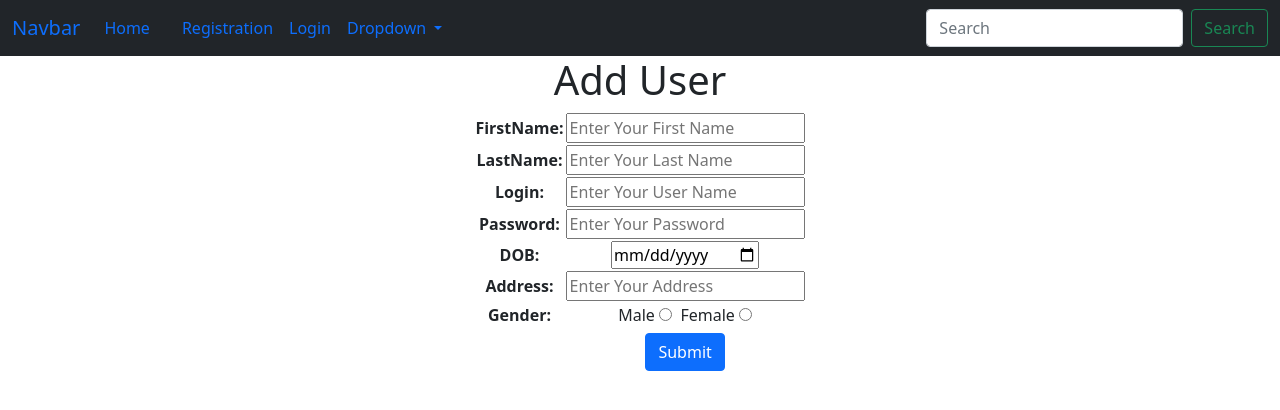
Repository: NitSharma87/Advance-Java
Page: http://localhost/Servlet_Excercise/AddUser.jsp
The author's editor kept a copy of each file at every save. The page is drawn from the files as they stood at one save, then again after the next save.
The browser window is 1280 px wide. The pictures show the whole page.
The page is served by Tomcat 10. Other server files are loaded and not shown.

Above is the page before, as saved 2026-07-07 10:53:04.

### Servlet Excercise/src/main/webapp/AddUser.jsp
<%@ page language="java" contentType="text/html; charset=UTF-8"
	pageEncoding="UTF-8"%>
<!DOCTYPE html>
<html>
<head>
<meta charset="UTF-8">
<title>Add User</title>
<style>
.center {
	text-align: center;
}

table {
	margin: auto;
}
</style>
</head>
<body>
	<%@include file="Header.jsp"%>
	<div class="center">
		<h1>Add User</h1>
		<form action="UserServlet" method="post">
			<table class="center">


				<tr>
					<th>FirstName:</th>
					<td><input type="text" name="firstName"
						placeholder="Enter Your First Name"></td>
				</tr>
				<tr>
					<th>LastName:</th>
					<td><input type="text" name="lastName"
						placeholder="Enter Your Last Name"></td>
				</tr>
				<tr>
					<th>Login:</th>
					<td><input type="text" name="userName"
						placeholder="Enter Your User Name"></td>
				</tr>
				<tr>
					<th>Password:</th>
					<td><input type="password" name="password"
						placeholder="Enter Your Password"></td>
				</tr>
				<tr>
					<th>DOB:</th>
					<td><input type="Date" name="dob" placeholder="Enter Your DOB"></td>
				</tr>
				<tr>
					<th>Address:</th>
					<td><input type="text" name="address"
						placeholder="Enter Your Address"></td>
				</tr>
				<tr>
					<th>Gender:</th>
					<td>Male <input type="radio" name="gender" value="male">&nbsp;
						Female <input type="radio" name="gender" value="female"></td>
				</tr>

				<tr>
					<th></th>
					<td>
						<button type="submit" class="btn btn-primary mt-1">
							Submit</button>
					</td>
				</tr>


			</table>
		</form>
	</div>
</body>
</html>

### Servlet Excercise/src/main/webapp/Header.jsp
<%@ page language="java" contentType="text/html; charset=UTF-8"
	pageEncoding="UTF-8"%>
<!DOCTYPE html>
<html>
<head>
<meta charset="UTF-8">

<title>Insert title here</title>
<link
	href="https://cdn.jsdelivr.net/npm/bootstrap@5.0.2/dist/css/bootstrap.min.css"
	rel="stylesheet">
</head>
<body>
<nav class="navbar navbar-expand-lg navbar-white bg-dark">
  <div class="container-fluid">
    <a class="navbar-brand" href="#">Navbar</a>
    <button class="navbar-toggler" type="button" data-bs-toggle="collapse" data-bs-target="#navbarSupportedContent" aria-controls="navbarSupportedContent" aria-expanded="false" aria-label="Toggle navigation">
      <span class="navbar-toggler-icon"> </span>
    </button>
    <div class="collapse navbar-collapse" id="navbarSupportedContent">
      <ul class="navbar-nav me-auto mb-2 mb-lg-0">
        <li class="nav-item">
          <a class="nav-link active" aria-current="page" href="#">Home</a>
        </li>
        <li class="nav-item">
          <a class="nav-link" href="#"></a>
        </li>
        <li class="nav-item">
          <a class="nav-link" href="#">Registration</a>
        </li>
        <li class="nav-item">
          <a class="nav-link" href="#">Login</a>
        </li>
        <li class="nav-item dropdown">
          <a class="nav-link dropdown-toggle" href="#" id="navbarDropdown" role="button" data-bs-toggle="dropdown" aria-expanded="false">
            Dropdown
          </a>
          <ul class="dropdown-menu" aria-labelledby="navbarDropdown">
            <li><a class="dropdown-item" href="#">User View</a></li>
            <li><a class="dropdown-item" href="#">User List</a></li>
            <li><a class="dropdown-item" href="#">User Registration</a></li>
            <li><hr class="dropdown-divider"></li>
            <li><a class="dropdown-item" href="#">Login</a></li>
          </ul>
        </li>

      </ul>
      <form class="d-flex">
        <input class="form-control me-2" type="search" placeholder="Search" aria-label="Search">
        <button class="btn btn-outline-success" type="submit">Search</button>
      </form>
    </div>
  </div>
</nav>




<script src="https://cdn.jsdelivr.net/npm/bootstrap@5.0.2/dist/js/bootstrap.min.js" ></script>
</body>
</html>

After the next save:
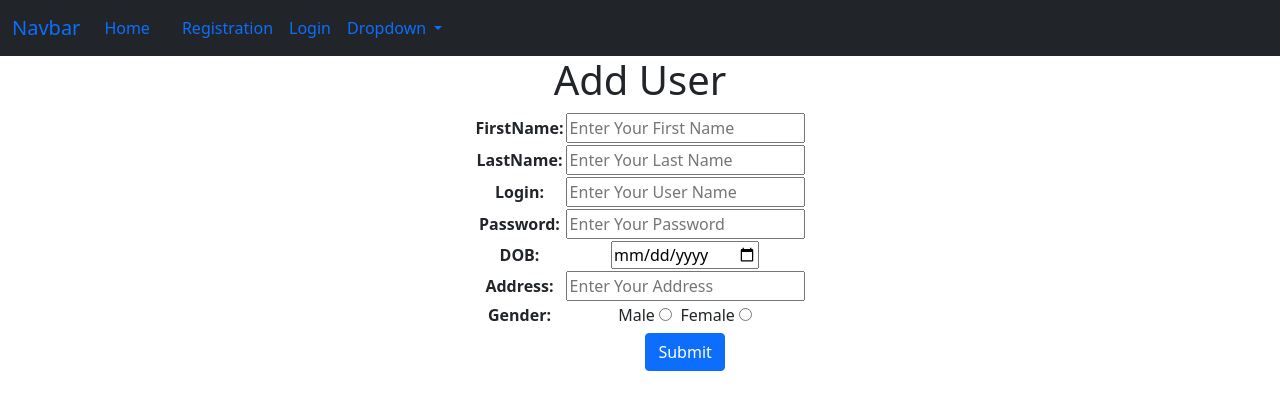
Saved 47 s later.
--- a/Servlet Excercise/src/main/webapp/Header.jsp
+++ b/Servlet Excercise/src/main/webapp/Header.jsp
@@ -45,10 +45,7 @@
         </li>
 
       </ul>
-      <form class="d-flex">
-        <input class="form-control me-2" type="search" placeholder="Search" aria-label="Search">
-        <button class="btn btn-outline-success" type="submit">Search</button>
-      </form>
+
     </div>
   </div>
 </nav>
